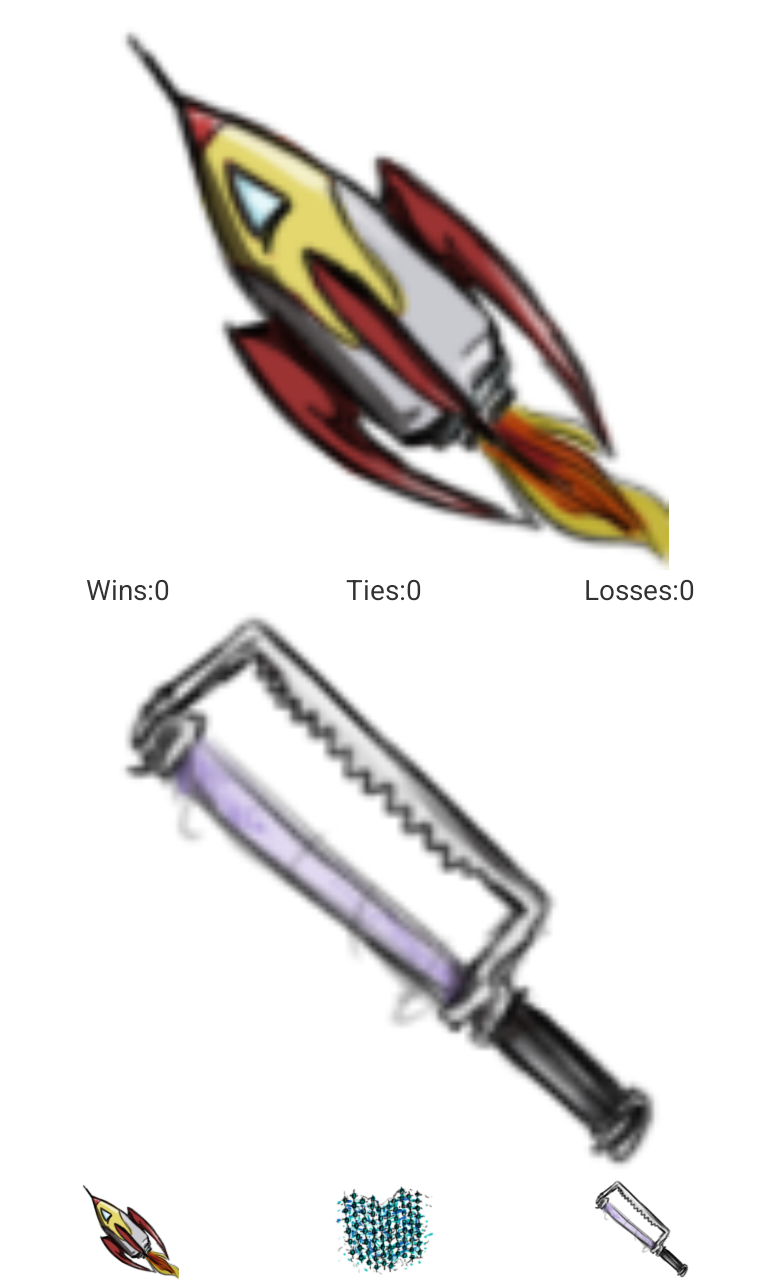
Repository: BU-HuangJ/angrybots_android_app
Layout: workspace/AngryBots/res/layout/activity_mini_game3.xml
These files come from the project's save history. The layout is drawn as it stood at one moment and after the next save; the edit follows.
It is drawn on a 768 x 1280 px phone screen (xhdpi) without system bars, with theme AppTheme; the app's code is not run.

Above is the layout before, as saved 2013-04-29 18:05:50.

### workspace/AngryBots/res/layout/activity_mini_game3.xml
<LinearLayout xmlns:android="http://schemas.android.com/apk/res/android"
    xmlns:tools="http://schemas.android.com/tools"
    android:layout_width="match_parent"
    android:layout_height="match_parent"
    android:orientation="vertical"
    tools:context=".MiniGame3" >

    <ImageView
	    android:id="@+id/p2_choice"
	    android:layout_width="fill_parent"
	    android:layout_height="0dp"
	    android:layout_weight="1"
		android:gravity="center"
	    android:src="@drawable/rpc_rock_rocket" />

    <LinearLayout
        android:id="@+id/RPC_results"
	    android:layout_width="fill_parent"
	    android:layout_height="wrap_content"
	    android:baselineAligned="false"
	    android:orientation="horizontal" >

	    <LinearLayout
		    android:layout_width="0dp"
		    android:layout_height="wrap_content"
	    	android:layout_weight="1"
			android:gravity="center"
		    android:orientation="horizontal" >

		    <TextView
			    android:layout_width="wrap_content"
			    android:layout_height="wrap_content"
			    android:text="@string/rpc_wins" />

		    <TextView
	        	android:id="@+id/RPC_wins"
			    android:layout_width="wrap_content"
			    android:layout_height="wrap_content"
			    android:text="@string/zero" />

	    </LinearLayout>

	    <LinearLayout
		    android:layout_width="0dp"
		    android:layout_height="wrap_content"
	    	android:layout_weight="1"
			android:gravity="center"
		    android:orientation="horizontal" >

		    <TextView
			    android:layout_width="wrap_content"
			    android:layout_height="wrap_content"
			    android:text="@string/rpc_ties" />

		    <TextView
	        	android:id="@+id/RPC_ties"
			    android:layout_width="wrap_content"
			    android:layout_height="wrap_content"
			    android:text="@string/zero" />

	    </LinearLayout>

	    <LinearLayout
		    android:layout_width="0dp"
		    android:layout_height="wrap_content"
	    	android:layout_weight="1"
			android:gravity="center"
		    android:orientation="horizontal" >

		    <TextView
			    android:layout_width="wrap_content"
			    android:layout_height="wrap_content"
			    android:text="@string/rpc_losses" />

		    <TextView
	        	android:id="@+id/RPC_losses"
			    android:layout_width="wrap_content"
			    android:layout_height="wrap_content"
			    android:text="@string/zero" />

	    </LinearLayout>

    </LinearLayout>

    <ImageView
	    android:id="@+id/p1_choice"
	    android:layout_width="fill_parent"
	    android:layout_height="0dp"
	    android:layout_weight="1"
		android:gravity="center"
	    android:src="@drawable/rpc_scissors_laser_cutter" />

    <LinearLayout
        android:id="@+id/RPC_bot"
	    android:layout_width="fill_parent"
	    android:layout_height="wrap_content"
	    android:orientation="horizontal" >

        <ImageButton
	        android:id="@+id/bot_rock"
	        android:layout_width="0dp"
	        android:layout_height="wrap_content"
	        android:layout_weight="1"
	        android:onClick="chooseRock"
	        android:background="@android:color/transparent"
	        android:src="@drawable/rpc_rock_rocket" />

        <ImageButton
	        android:id="@+id/bot_paper"
	        android:layout_width="0dp"
	        android:layout_height="wrap_content"
	        android:layout_weight="1"
	        android:onClick="choosePaper"
	        android:background="@android:color/transparent"
	        android:src="@drawable/rpc_paper_nano_net" />

        <ImageButton
	        android:id="@+id/bot_scissors"
	        android:layout_width="0dp"
	        android:layout_height="wrap_content"
	        android:layout_weight="1"
	        android:onClick="chooseScissors"
	        android:background="@android:color/transparent"
	        android:src="@drawable/rpc_scissors_laser_cutter" />

    </LinearLayout>

    <Button
        android:id="@+id/find_opponent_button"
        android:layout_width="fill_parent"
        android:layout_height="wrap_content"
        android:onClick="find_opponent"
        android:visibility="gone"
        android:text="@string/find_opponent" />

</LinearLayout>

### workspace/AngryBots/res/values/strings.xml
<?xml version="1.0" encoding="utf-8"?>
<resources>

    <string name="title_activity_human_home_page">HumanHomePage</string>
    <string name="login_screen_image">Login Screen Image</string>
    <string name="title_activity_main_menu">MainMenuActivity</string>
    <string name="app_name">angrybotsapp</string>
    <string name="hello_world">Hello world!</string>
    <string name="menu_settings">Settings</string>
    <string name="AngryBots_Profile">Angry Bots Profile</string>
    <string name="Leaderboard">Leaderboard</string>
    <string name="Achievements">Achievements</string>
    <string name="edit_message">Enter a message</string>
    <string name="button_send">Send</string>
    <string name="title_activity_angrybots_profile">AngrybotsProfile</string>
    <string name="title_activity_leaderboard">Leaderboard</string>
    <string name="title_activity_Achievements">Achievements</string>
    <string name="title_activity_achievements">Achievements</string>
    <string name="lerpzprofile">LerpzProfile</string>
    <string name="title_activity_options">Server</string>
    <string name="title_activity_edit">Map</string>
    <string name="title_activity_tab_sample">Settings</string>
    <string name="title_activity_mini_game">MiniGame</string>
    <string name="title_activity_add_point">AddPoint</string>
    <string name="title_activity_mappoint1">Mappoint1</string>
    <string name="title_activity_mappoint2">Mappoint2</string>
    <string name="title_activity_mappoint3">Mappoint3</string>
    <string name="title_activity_mappoint4">Mappoint4</string>
    <string name="title_activity_mappoint5">Mappoint5</string>
    <string name="title_activity_mappoint6">Mappoint6</string>
    <string name="title_activity_minigame_portal">MinigamePortal</string>
    <string name="title_activity_mini_game2">MiniGame2</string>
    <string name="app_title">Find The Imposter by Dylan Taylor</string>
    <string name="win_title">Congratulations!</string>
    <string name="win_message">You found the imposter!</string>
    <string name="ok">OK</string>
    <string name="lose_title">You Lose!</string>
    <string name="title_activity_human_wiki">HumanWiki</string>
    <string name="title_activity_mini_game3">MiniGame3</string>
    <string name="find_opponent">Search for an Opponent</string>
    <string name="rock">rock</string>
    <string name="paper">paper</string>
    <string name="scissors">scissors</string>
    <string name="rpc_wins">Wins: </string>
    <string name="rpc_ties">Ties: </string>
    <string name="rpc_losses">Losses: </string>
    <string name="zero">0</string>
    <string name="title_activity_robot_home_page">RobotHomePage</string>
    <string name="title_activity_robot_competition">RobotCompetition</string>
    <string name="title_activity_robot_leaderboard">RobotLeaderboard</string>
    <string name="action_settings">Settings</string>
    <string name="title_activity_robot_map">RobotMap</string>
    <string name="title_activity_robot_minigames">RobotMinigames</string>
    <string name="title_activity_robot_profile">RobotProfile</string>
    <string name="title_activity_robot_settings">RobotSettings</string>
    <string name="title_activity_robot_wiki">RobotWiki</string>

</resources>

Loaded but not shown: workspace/AngryBots/res/values/styles.xml (common file); workspace/AngryBots/res/values-v11/styles.xml (common file); workspace/AngryBots/res/values-v14/styles.xml (common file)

After the next save:
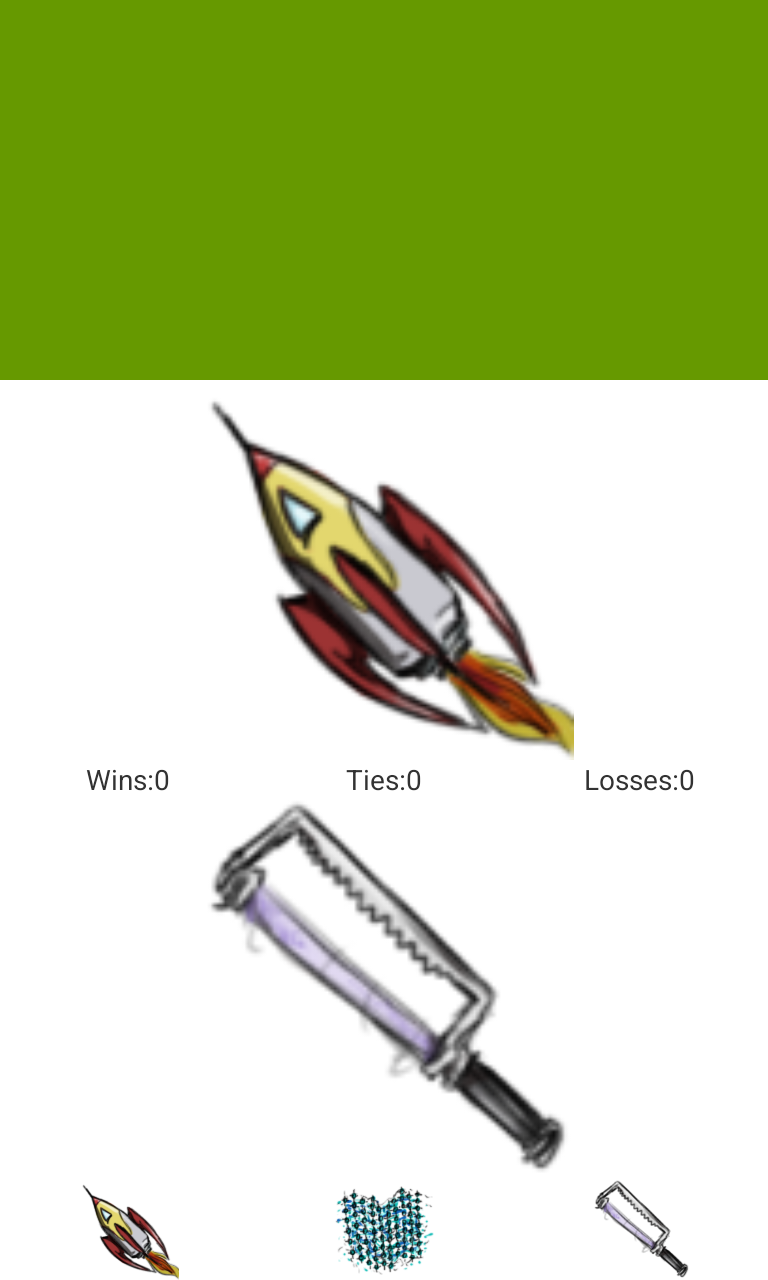
Saved 18 s later.
--- a/workspace/AngryBots/res/layout/activity_mini_game3.xml
+++ b/workspace/AngryBots/res/layout/activity_mini_game3.xml
@@ -4,6 +4,13 @@
     android:layout_height="match_parent"
     android:orientation="vertical"
     tools:context=".MiniGame3" >
+
+    <ImageView
+	    android:layout_width="fill_parent"
+	    android:layout_height="0dp"
+	    android:layout_weight="1"
+		android:gravity="center"
+	    android:src="@android:color/holo_green_dark" />
 
     <ImageView
 	    android:id="@+id/p2_choice"

After the save that followed:
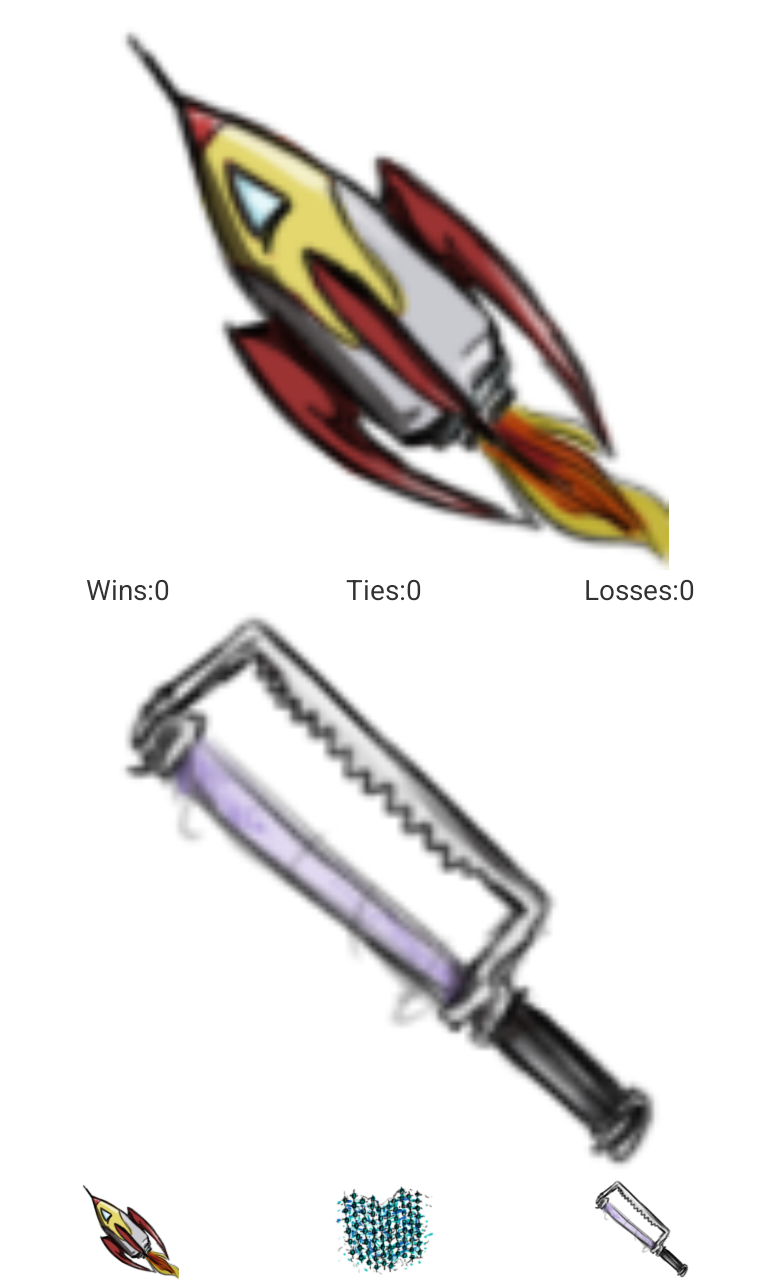
Saved 7 s later.
--- a/workspace/AngryBots/res/layout/activity_mini_game3.xml
+++ b/workspace/AngryBots/res/layout/activity_mini_game3.xml
@@ -8,7 +8,6 @@
     <ImageView
 	    android:layout_width="fill_parent"
 	    android:layout_height="0dp"
-	    android:layout_weight="1"
 		android:gravity="center"
 	    android:src="@android:color/holo_green_dark" />
 
